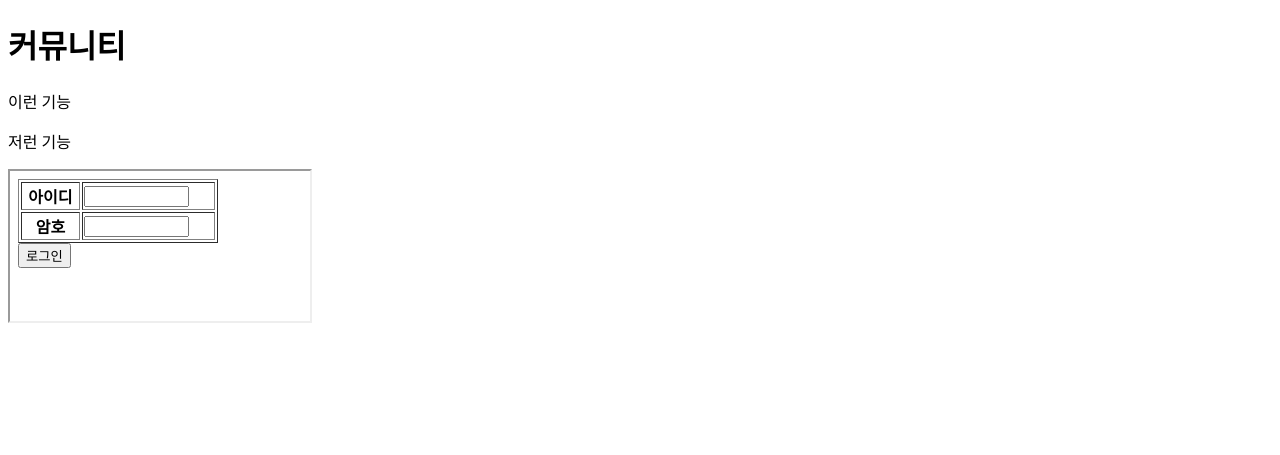
Repository: zzzzzzin/Server_Class
Page: http://localhost/JSPTest/ex04_include.jsp
An editor plug-in stored every save of this project. The page is shown before and after the next save, followed by the edit.
The browser window is 1280 px wide. The pictures show the whole page.
The page is served by Tomcat 9.

Above is the page before, as saved 2024-04-01 06:21:24.

After the next save:
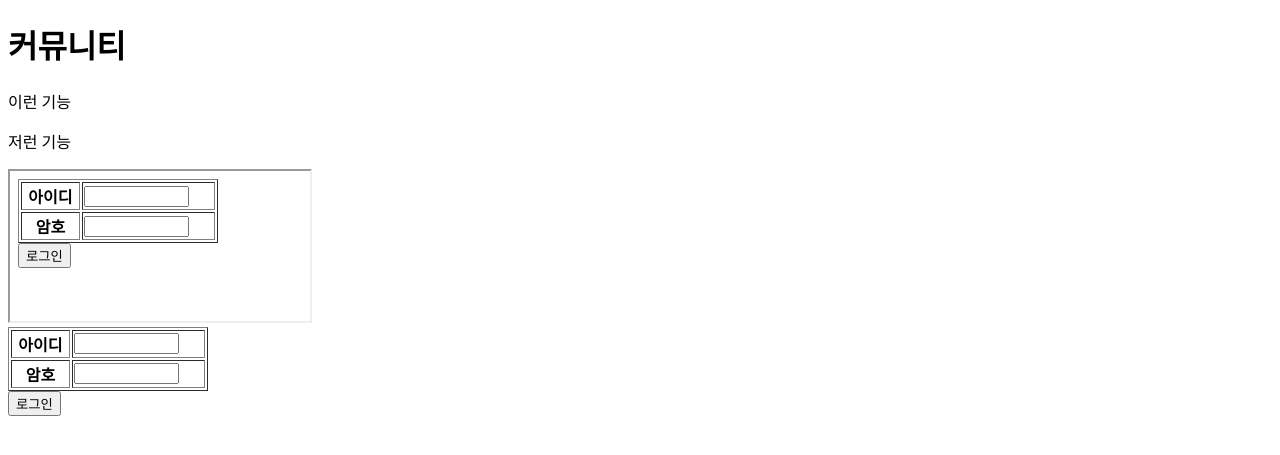
Saved 20 s later.
--- a/JSPTest/src/main/webapp/ex04_include.jsp
+++ b/JSPTest/src/main/webapp/ex04_include.jsp
@@ -19,5 +19,7 @@
 
 	 <iframe src="login.jsp" style=frameborder:"0"></iframe>
 
+	 <%@ include file="login.jsp" %>
+
 </body>
 </html>
